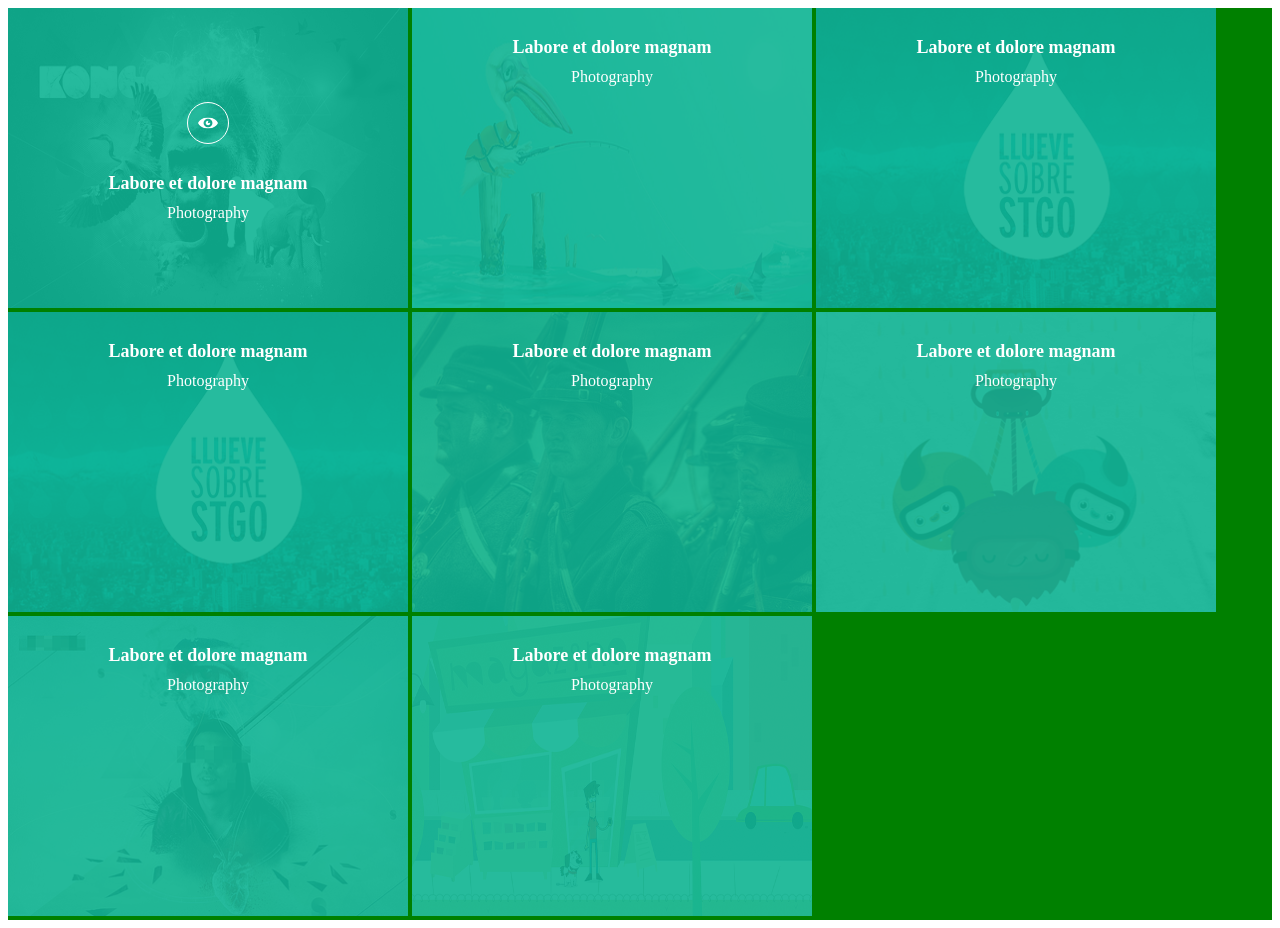
Repository: iravakilova/Brandi
Page: app/works.html
These files come from the project's save history. The page is drawn as it stood at one moment and after the next save; the edit follows.
The browser window is 1280 px wide. The pictures show the whole page.

Above is the page before, as saved 2020-02-16 22:07:37.

### app/works.html
<!DOCTYPE html>
<html lang="en">
<head>
    <meta charset="UTF-8">
    <meta name="viewport" content="width=device-width, initial-scale=1.0">
    <title>works</title>
</head>
<style>
    .gallery{
        background: green;
        max-width: 1600px;
    }
    .gallery ul, .gallery li{
        margin: 0;
        padding: 0;
        list-style: none;
    }
    .gallery ul{
        width: 100%;
    }
    .gallery li{
        display: inline-block;
        position: relative;
    }
    .gallery img{
        max-width: 100%;
        width: 400px;
        height: 300px;
        display: block;
    }
    .ladore{
        opacity: 1;
        position: absolute;
        top: 0;
        left: 0;
        width: 100%;
        height: 100%;
        background-image: url(./img/labore.png);
        color: #fff;
        text-align: center;
        transition: all .5s;
    }
    .ladore__img img{
        padding-top: 94px;
        width: 20px;
        height: 12px;
        padding: 14px 10px;
        border: 1px solid #fff;
        border-radius: 50%;
        margin: 94px auto 0;
        /* position: absolute;
        top: 50%;
        left: 50%;
        margin-right: -50%;
        transform: translate(-50%, -50%);     */
    }
    .ladore__title{
        padding-top: 29px;
        padding-bottom: 10px;
        font-family: "OpenSans", "OpenSans-Bold", "AdobeInvisFont", "MyriadPro-Regular";
        font-size: 18px;
        font-weight: bold;
        margin: 0;
    }
    .ladore__descr{
        margin: 0;
    }
    .gallery li:hover .ladore{
        opacity: 1;
    }
    /* .ladore{
        width: 400px;
        height: 300px;
        text-align: center;
        position: relative;
    }
    .ladore__inner{
        position: absolute;
        top: 50%;
        left: 50%;
        margin-right: -50%;
        transform: translate(-50%, -50%);
        color: #fff;
    }
        .ladore__img{
        padding: 14px 10px;
        border: 1px solid #fff;
        border-radius: 50%;
        margin-bottom: 29px;
    }
     */
</style>
<body>
    <div class="gallery">
        <ul>
            <li>
                <div class="box">
                    <div class="ladore">
                        <div class="ladore__img">
                            <img src="./img/eye.png" alt="">
                        </div>
                        <h4 class="ladore__title">Labore et dolore magnam</h4>
                        <p class="ladore__descr">Photography</p>
                    </div>
                    <img src="./img/works-1.png" alt="">
                </div>

            </li>
            <li>
                <div class="example">
                    <img src="./img/works-2.png" alt="">
                    <div class="ladore">
                        <div class="ladore__inner">
                            <!-- <img class="ladore__img" src="./img/eye.png" alt=""> -->
                            <h4 class="ladore__title">Labore et dolore magnam</h4>
                            <p class="ladore__descr">Photography</p>
                        </div>
                    </div>
                </div>
            </li>
            <li>
                <div class="example">
                    <img src="./img/works-4.png" alt="">
                    <div class="ladore">
                        <div class="ladore__inner">
                            <!-- <img class="ladore__img" src="./img/eye.png" alt=""> -->
                            <h4 class="ladore__title">Labore et dolore magnam</h4>
                            <p class="ladore__descr">Photography</p>
                        </div>
                    </div>
                </div>
            </li>
            <li>
                <div class="example">
                    <img src="./img/works-4.png" alt="">
                    <div class="ladore">
                        <div class="ladore__inner">
                            <!-- <img class="ladore__img" src="./img/eye.png" alt=""> -->
                            <h4 class="ladore__title">Labore et dolore magnam</h4>
                            <p class="ladore__descr">Photography</p>
                        </div>
                    </div>
                </div>
            </li>
            <li>
                <div class="example">
                    <img src="./img/works-5.png" alt="">
                    <div class="ladore">
                        <div class="ladore__inner">
                            <!-- <img class="ladore__img" src="./img/eye.png" alt=""> -->
                            <h4 class="ladore__title">Labore et dolore magnam</h4>
                            <p class="ladore__descr">Photography</p>
                        </div>
                    </div>
                </div>
            </li>
            <li>
                <div class="example">
                    <img src="./img/works-6.png" alt="">
                    <div class="ladore">
                        <div class="ladore__inner">
                            <!-- <img class="ladore__img" src="./img/eye.png" alt=""> -->
                            <h4 class="ladore__title">Labore et dolore magnam</h4>
                            <p class="ladore__descr">Photography</p>
                        </div>
                    </div>
                </div>
            </li>
            <li>
                <div class="example">
                    <img src="./img/works-7.png" alt="">
                    <div class="ladore">
                        <div class="ladore__inner">
                            <!-- <img class="ladore__img" src="./img/eye.png" alt=""> -->
                            <h4 class="ladore__title">Labore et dolore magnam</h4>
                            <p class="ladore__descr">Photography</p>
                        </div>
                    </div>
                </div>
            </li>
            <li>
                <div class="example">
                    <img src="./img/works-8.png" alt="">
                    <div class="ladore">
                        <div class="ladore__inner">
                            <!-- <img class="ladore__img" src="./img/eye.png" alt=""> -->
                            <h4 class="ladore__title">Labore et dolore magnam</h4>
                            <p class="ladore__descr">Photography</p>
                        </div>
                    </div>
                </div>
            </li>
        </ul>
    </div>
</body>
</html>

After the next save:
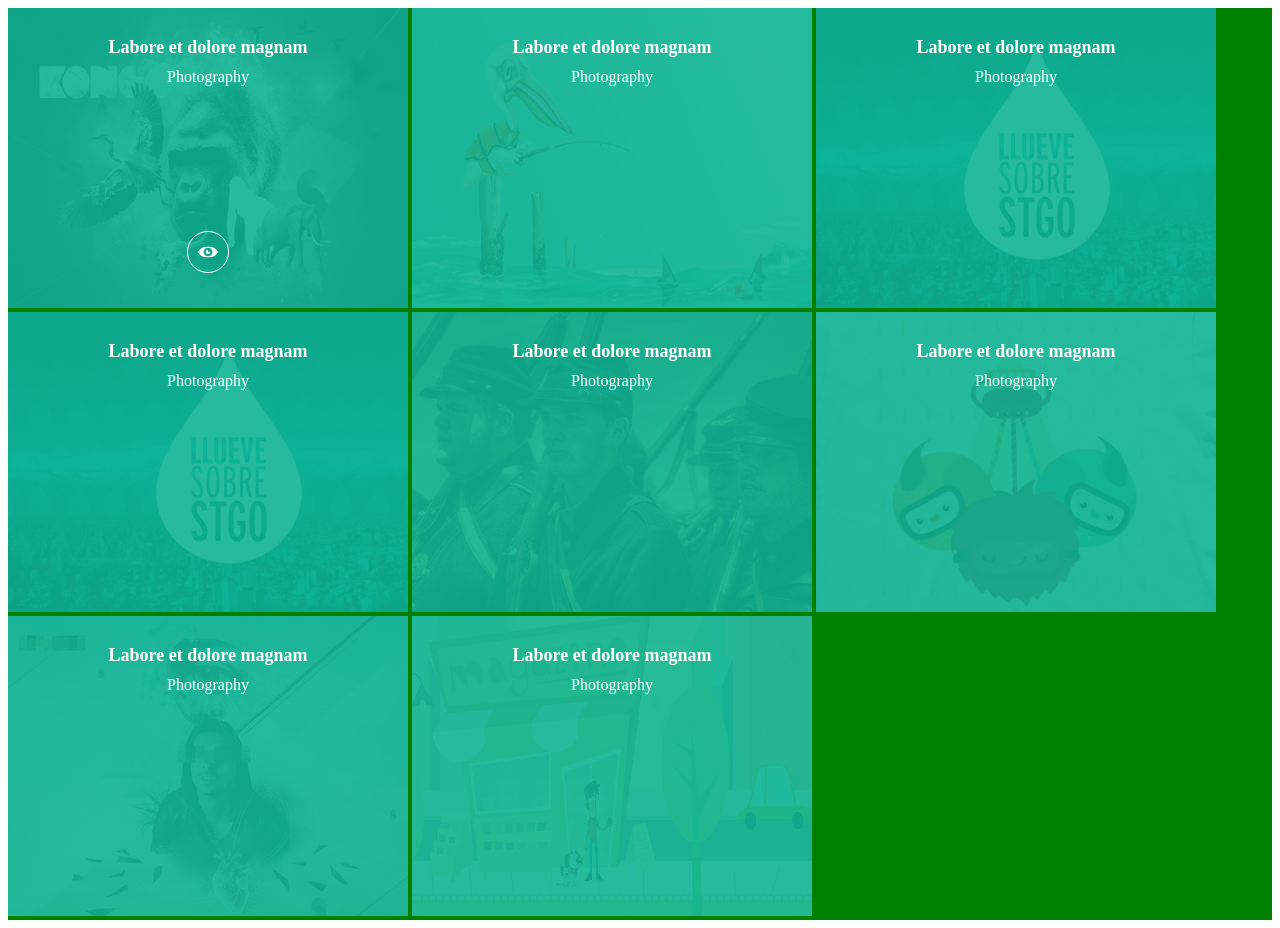
Saved 14 s later.
--- a/app/works.html
+++ b/app/works.html
@@ -48,11 +48,11 @@
         border: 1px solid #fff;
         border-radius: 50%;
         margin: 94px auto 0;
-        /* position: absolute;
+        position: absolute;
         top: 50%;
         left: 50%;
         margin-right: -50%;
-        transform: translate(-50%, -50%);     */
+        transform: translate(-50%, -50%);
     }
     .ladore__title{
         padding-top: 29px;

After the save that followed:
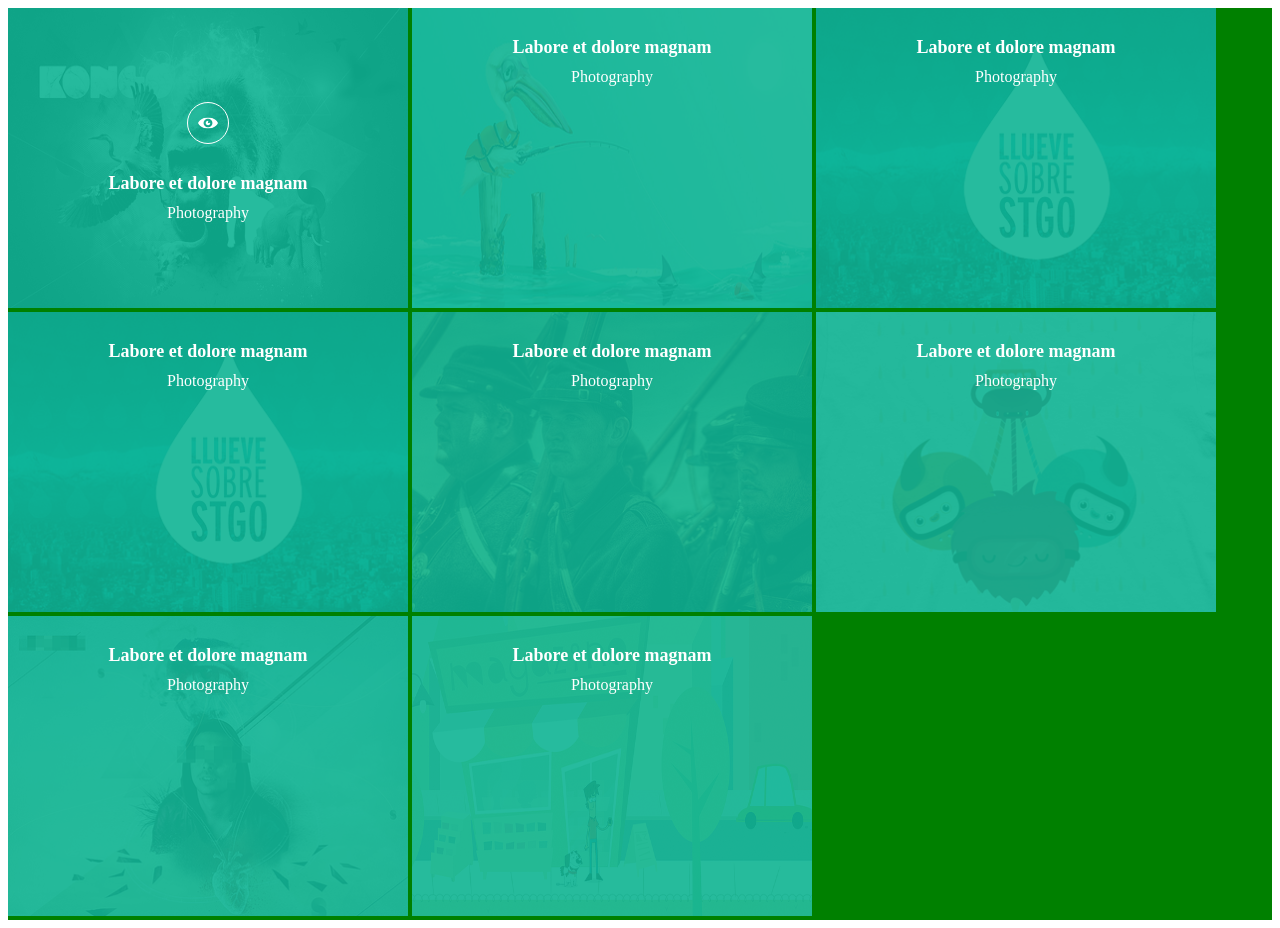
Saved 5 s later.
--- a/app/works.html
+++ b/app/works.html
@@ -48,11 +48,6 @@
         border: 1px solid #fff;
         border-radius: 50%;
         margin: 94px auto 0;
-        position: absolute;
-        top: 50%;
-        left: 50%;
-        margin-right: -50%;
-        transform: translate(-50%, -50%);
     }
     .ladore__title{
         padding-top: 29px;
